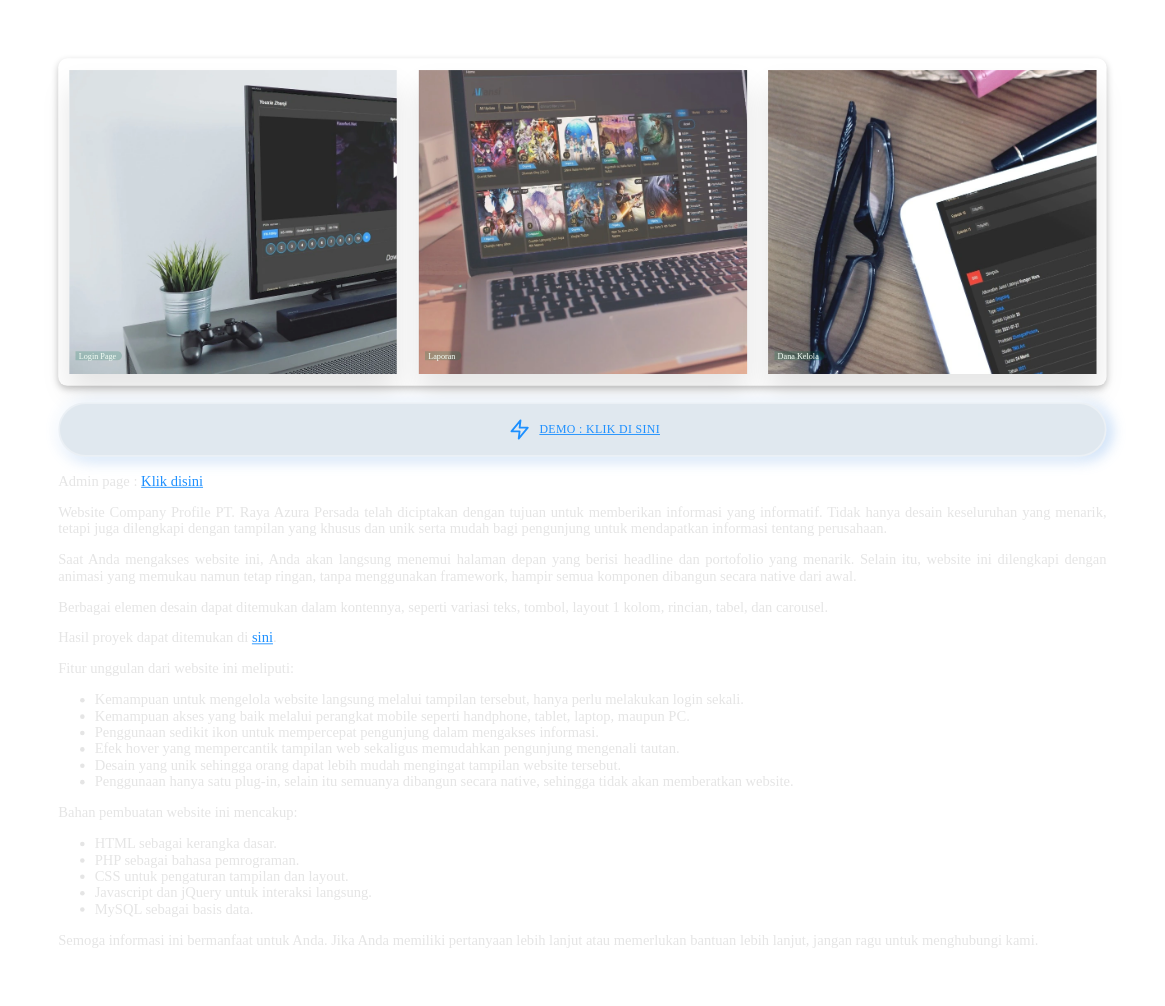
Repository: yusup-maulana/yusup-maulana.github.io
Page: portofolio-websiteRAP.html
These files come from the project's save history. The page is drawn as it stood at one moment and after the next save; the edit follows.
The browser window is 1280 px wide. The pictures show the whole page, at 91% of full size.
Some web fonts or font styles are not loaded; a fallback is used.

Above is the page before, as saved 2023-10-06 22:26:09.

After the next save:
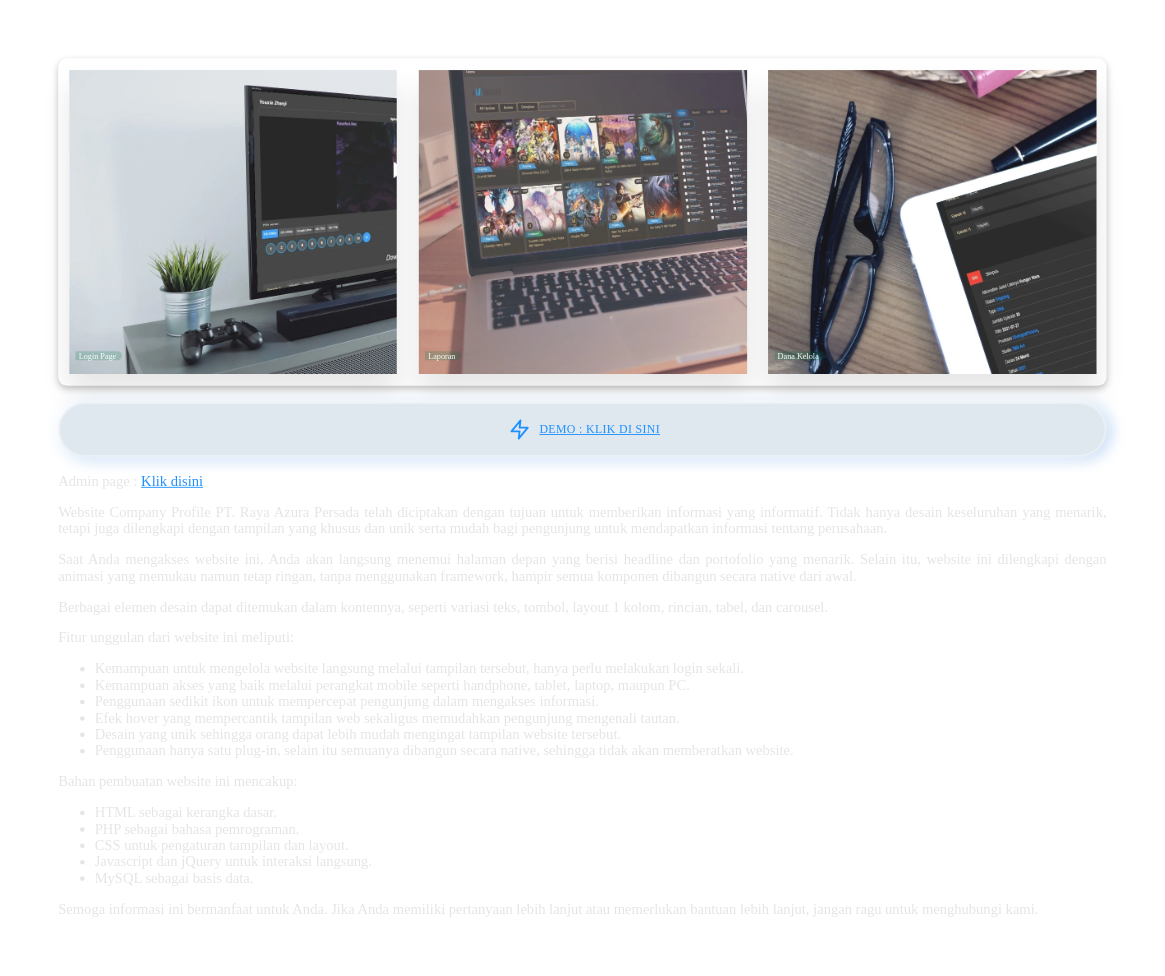
Saved 33 s later.
--- a/portofolio-websiteRAP.html
+++ b/portofolio-websiteRAP.html
@@ -196,8 +196,6 @@
     teks, tombol, layout 1 kolom, rincian, tabel, dan carousel.
   </p>
 
-  <p>Hasil proyek dapat ditemukan di <a href="link hasil proyek">sini</a>.</p>
-
   <p>Fitur unggulan dari website ini meliputi:</p>
   <ul>
     <li>
